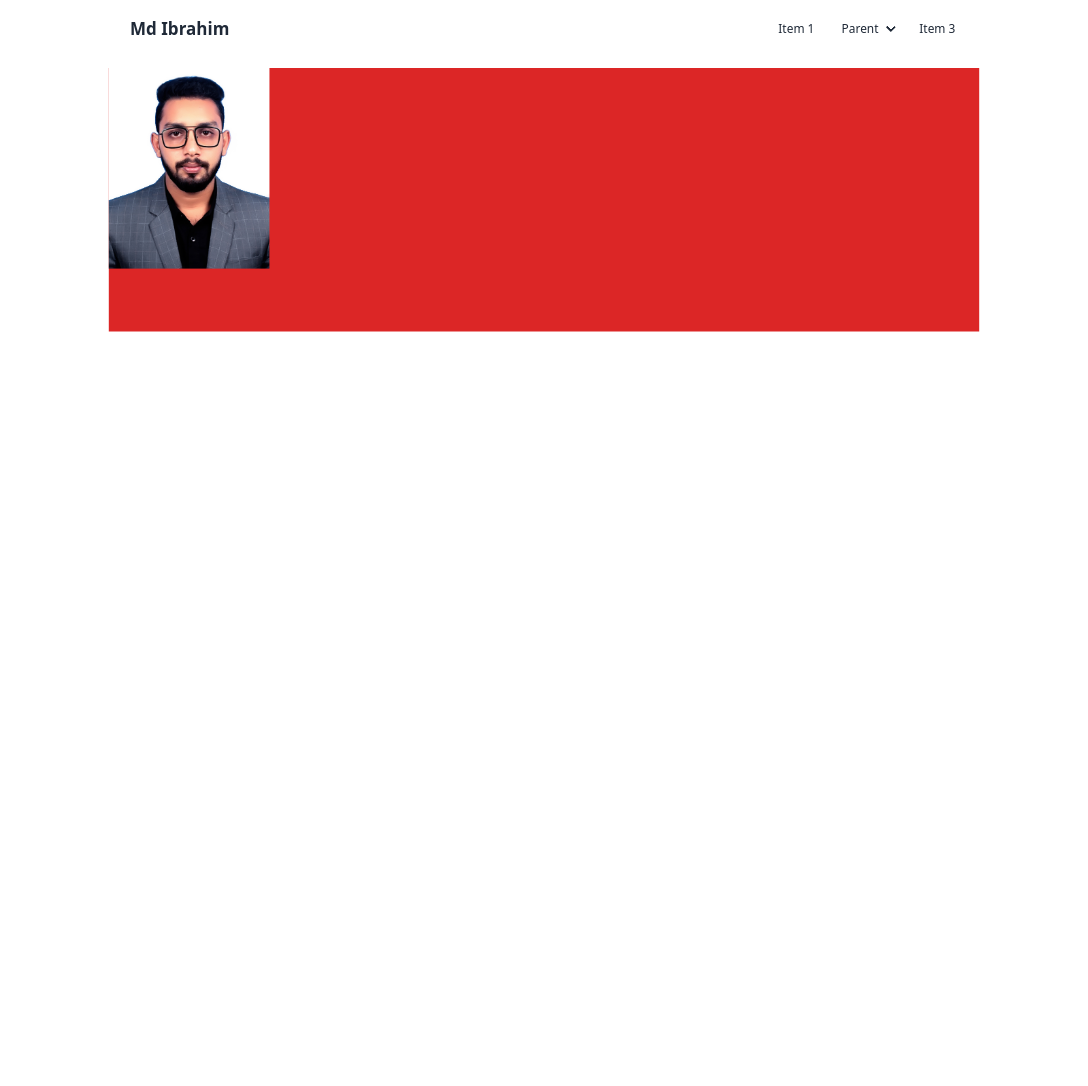
Repository: mdrubel02/portfilo
Page: /
The author's editor kept a copy of each file at every save. The page is drawn from the files as they stood at one save, then again after the next save.
The browser window is 1280 px wide. The pictures show the whole page, at 85% of full size.
The project was rebuilt for these pictures with package versions that can differ from the ones it lists, and the page was loaded fresh each time. Also part of the build but not shown: vite.config.js.

Above is the page before, as saved 2023-06-22 20:09:49.

### src/main.jsx
import React from 'react'
import ReactDOM from 'react-dom/client'
import './index.css'
import { RouterProvider } from 'react-router-dom'
import router from './Layout/routes'



ReactDOM.createRoot(document.getElementById('root')).render(
  <React.StrictMode>
    <div className='max-w-screen-lg mx-auto'>
      <RouterProvider router={router} />
    </div>
  </React.StrictMode>,
)

### src/Layout/routes.jsx
import { createBrowserRouter } from "react-router-dom";
import Main from "./Main";
import Home from "../Pages/Home/Home";


const router = createBrowserRouter([
  {
    path: "/",
    element: <Main />,
    children: [
      { path: '/', element: <Home /> },
      { path: '/home', element: <Home /> }
    ]
  }
]);

export default router;

### src/Layout/Main.jsx
import React from 'react';
import Navbar from '../Shared/Navbar/Navbar';
import { Outlet } from 'react-router-dom';

const Main = () => {
    return (
        <div className=''>
            <Navbar />
            <Outlet />
        </div>
    );
};

export default Main;

### src/Pages/Home/Home.jsx
import React from 'react';
import profile from '../../assets/nayeem.jpg'

const Home = () => {
    return (
        <div className='mt-3'>
            <div className='h-[310px] bg-red-600'>
                <div className='grid grid-rows-2 grid-flow-col gap-4'>
                    <div className=''>
                        <div className='relative h-full'>
                        <img className='h-2/5' src={profile} alt="profile" />
                        </div>
                    </div>
                    <div></div>
                </div>
            </div>
        </div>
    );
};

export default Home;

### src/Shared/Navbar/Navbar.jsx
import React from 'react';

const Navbar = () => {
    return (
        <div className="navbar bg-base-100 ">
            <div className="navbar-start">
            <div className="dropdown ">
                    <label tabIndex={0} className="btn btn-ghost lg:hidden">
                        <svg xmlns="http://www.w3.org/2000/svg" className="h-5 w-5" fill="none" viewBox="0 0 24 24" stroke="currentColor"><path strokeLinecap="round" strokeLinejoin="round" strokeWidth="2" d="M4 6h16M4 12h8m-8 6h16" /></svg>
                    </label>
                    <ul tabIndex={0} className="menu menu-sm dropdown-content mt-3 z-[1] p-2 shadow bg-base-100 rounded-box w-52">
                        <li><a>Item 1</a></li>
                        <li>
                            <a>Parent</a>
                            <ul className="p-2">
                                <li><a>Submenu 1</a></li>
                                <li><a>Submenu 2</a></li>
                            </ul>
                        </li>
                        <li><a>Item 3</a></li>
                    </ul>
                </div>
                <a className="btn btn-ghost normal-case text-xl">Md Ibrahim</a>
            </div>
            <div className="navbar-end hidden lg:flex">
                <ul className="menu menu-horizontal px-1">
                    <li><a>Item 1</a></li>
                    <li tabIndex={0}>
                        <details>
                            <summary>Parent</summary>
                            <ul className="p-2">
                                <li><a>Submenu 1</a></li>
                                <li><a>Submenu 2</a></li>
                            </ul>
                        </details>
                    </li>
                    <li><a>Item 3</a></li>
                </ul>
            </div>


        </div>
    );
};

export default Navbar;

Loaded but not shown: index.html (common file); src/index.css (common file); tailwind.config.js (common file)

After the next save:
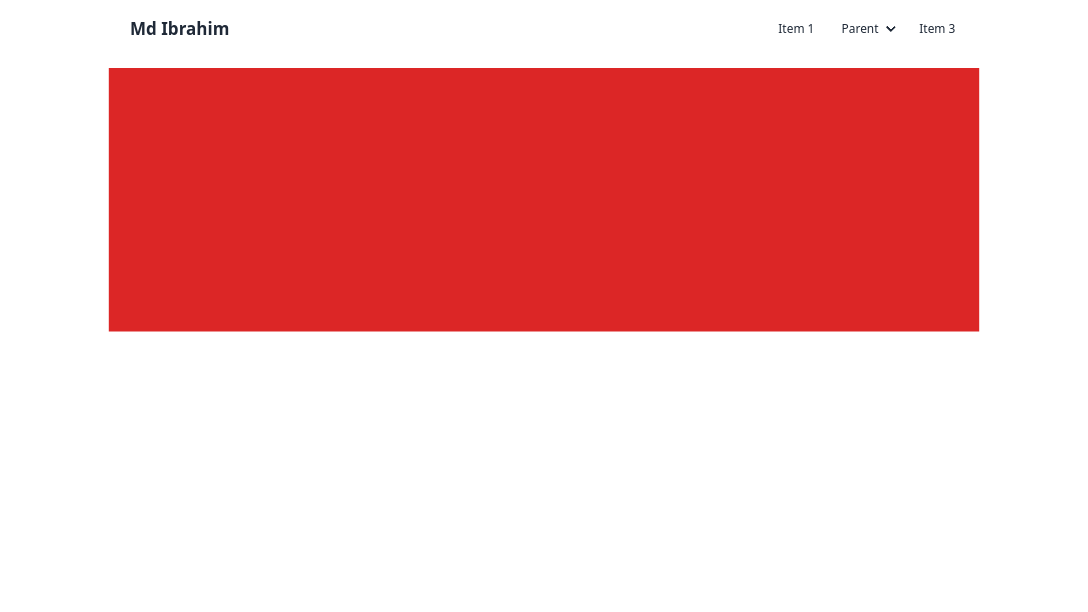
Saved 21 s later.
--- a/src/Pages/Home/Home.jsx
+++ b/src/Pages/Home/Home.jsx
@@ -8,7 +8,7 @@ const Home = () => {
                 <div className='grid grid-rows-2 grid-flow-col gap-4'>
                     <div className=''>
                         <div className='relative h-full'>
-                        <img className='h-2/5' src={profile} alt="profile" />
+                        <img className='h-2/5 absolute' src={profile} alt="profile" />
                         </div>
                     </div>
                     <div></div>
